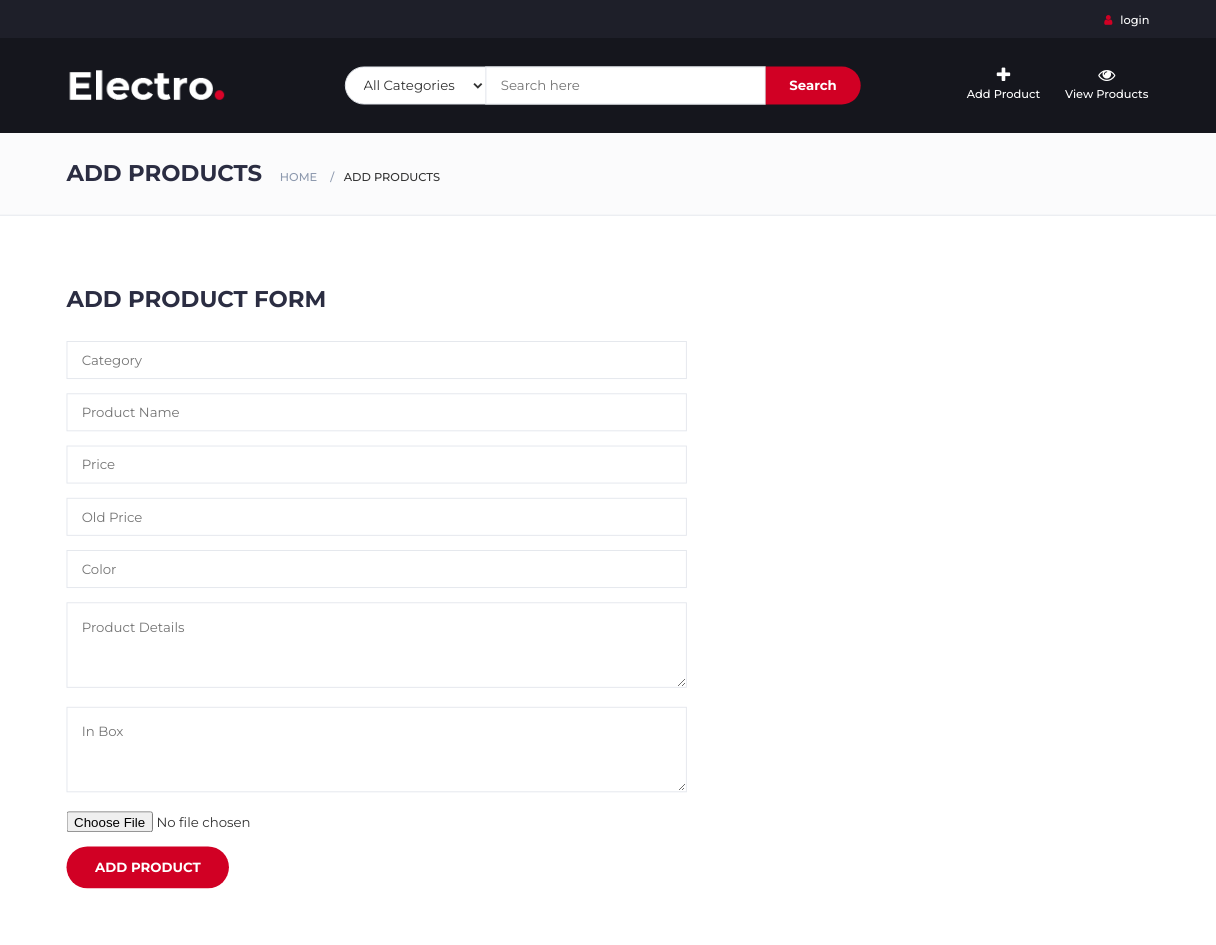
Repository: kinjalsavaliya263/JAVA
Page: http://localhost/electro-master/addproduct.jsp
An editor plug-in stored every save of this project. The page is shown before and after the next save, followed by the edit.
The browser window is 1280 px wide. The pictures show the whole page, at 95% of full size.
The page is served by Tomcat 9. Other server files are loaded and not shown. The template is opened directly, without the code that normally fills it, so the values that code supplies are empty.

Above is the page before, as saved 2023-04-04 15:56:08.

### electro-master/src/main/webapp/addproduct.jsp
<%@ page language="java" contentType="text/html; charset=UTF-8"
	pageEncoding="UTF-8"%>
<%@ include file="sellerheader.jsp"%>
<!DOCTYPE html>
<html>
<head>
<meta charset="UTF-8">
<title>Electro -Ecommerce</title>

</head>
<body>
	<!-- BREADCRUMB -->
	<div id="breadcrumb" class="section">
		<!-- container -->
		<div class="container">
			<!-- row -->
			<div class="row">
				<div class="col-md-12">
					<h3 class="breadcrumb-header">Add Products</h3>
					<ul class="breadcrumb-tree">
						<li><a href="#">Home</a></li>
						<li class="active">Add Products</li>
					</ul>
				</div>
			</div>
			<!-- /row -->
		</div>
		<!-- /container -->
	</div>
	<!-- /BREADCRUMB -->

	<!-- SECTION -->
	<div class="section">
		<!-- container -->
		<div class="container">
			<!-- row -->
			<div class="row">

				<div class="col-md-7">
					<!-- Add Product -->
					<form action="addproduct" method="post"
						enctype="multipart/form-data">
						<div class="billing-details">
							<span class="text-danger">${msg}</span> <span
								class="text-success">${msg1}</span>
							<div class="section-title">
								<h3 class="title">Add Product Form</h3>
							</div>


							<input type="hidden" name="uid" id="uid">

							<div class="form-group">
								<input class="input" type="text" name="category"
									placeholder="Category" id="category">
							</div>
							<div class="form-group">
								<input class="input" type="text" name="pname"
									placeholder="Product Name" id="pname">
							</div>
							<div class="form-group">
								<input class="input" type="number" name="price"
									placeholder="Price" id="price">
							</div>
							<div class="form-group">
								<input class="input" type="number" name="oldprice"
									placeholder="Old Price" id="oldprice">
							</div>
							<div class="form-group">
								<input class="input" type="text" name="color"
									placeholder="Color" id="color">
							</div>

							<div class="form-group">
								<textarea cols="3" class="input" name="details"
									placeholder="Product Details" id="details"></textarea>
							</div>
							<div class="form-group">
								<textarea cols="3" class="input" name="inbox"
									placeholder="In Box" id="inbox"></textarea>
							</div>
							<div class="form-group">
								<input type="file" name="image" placeholder="images">

							</div>

							<div class="form-group">
								<button type="submit" class="primary-btn order-submit">Add
									Product</button>
							</div>

						</div>
					</form>
					<!-- /Add Product -->



				</div>


			</div>
			<!-- /row -->
		</div>
		<!-- /container -->
	</div>
	<!-- /SECTION -->



</body>
</html>

### electro-master/src/main/webapp/sellerheader.jsp

<%@page import="model.User"%>
<%@ page language="java" contentType="text/html; charset=UTF-8"
	pageEncoding="UTF-8"%>
<!DOCTYPE html>
<html>
<head>
<meta charset="UTF-8">
<title>Electro -Ecommerce</title>
<link
	href="https://fonts.googleapis.com/css?family=Montserrat:400,500,700"
	rel="stylesheet">

<!-- Bootstrap -->
<link type="text/css" rel="stylesheet" href="css/bootstrap.min.css" />

<!-- Slick -->
<link type="text/css" rel="stylesheet" href="css/slick.css" />
<link type="text/css" rel="stylesheet" href="css/slick-theme.css" />

<!-- nouislider -->
<link type="text/css" rel="stylesheet" href="css/nouislider.min.css" />

<!-- Font Awesome Icon -->
<link rel="stylesheet" href="css/font-awesome.min.css">

<!-- Custom stlylesheet -->
<link type="text/css" rel="stylesheet" href="css/style.css" />

<!-- HTML5 shim and Respond.js for IE8 support of HTML5 elements and media queries -->
<!-- WARNING: Respond.js doesn't work if you view the page via file:// -->
<!--[if lt IE 9]>
		  <script src="https://oss.maxcdn.com/html5shiv/3.7.3/html5shiv.min.js"></script>
		  <script src="https://oss.maxcdn.com/respond/1.4.2/respond.min.js"></script>
		<![endif]-->
</head>
<body>
	<!-- HEADER -->
	<header>
		<!-- TOP HEADER -->
		<div id="top-header">
			<div class="container">

				<%
				/* String email = (String) session.getAttribute("email"); */
				User us = (User) request.getAttribute("use");
				%>



				<ul class="header-links pull-left">

				</ul>
				<ul class="header-links pull-right">




					<%
					if (us != null) {
					%>

					<li><a href="myprofile?email=<%=us.getEmail()%>"><i
							class="fa fa-user"></i>My Profile</a></li>
					<li><a href="changepass.jsp?email=<%=us.getEmail()%>"><i
							class="fa fa-key"></i>Change Password</a></li>
					<li style="color: white;"><b>Welcome <%=us.getFname()%> <%=us.getLname()%></b></li>
					<li><a href="logout.jsp"><i class="fa fa-user"></i>Logout</a></li>
					<%
					} else {
					%>

					<li><a href="login.jsp"><i class="fa fa-user"></i> login</a></li>
					<%
					}
					%>


				</ul>
			</div>
		</div>
		<!-- /TOP HEADER -->

		<!-- MAIN HEADER -->
		<div id="header">
			<!-- container -->
			<div class="container">
				<!-- row -->
				<div class="row">
					<!-- LOGO -->
					<div class="col-md-3">
						<div class="header-logo">
							<a href="#" class="logo"> <img src="./img/logo.png" alt="">
							</a>
						</div>
					</div>
					<!-- /LOGO -->

					<!-- SEARCH BAR -->
					<div class="col-md-6">
						<div class="header-search">
							<form>
								<select class="input-select">
									<option value="0">All Categories</option>
									<option value="1">Category 01</option>
									<option value="1">Category 02</option>
								</select> <input class="input" placeholder="Search here">
								<button class="search-btn">Search</button>
							</form>
						</div>
					</div>
					<!-- /SEARCH BAR -->

					<!-- ACCOUNT -->
					<div class="col-md-3 clearfix">
						<div class="header-ctn">
							<!-- Add Product -->
							<div>
								<a href="addproduct.jsp"> <i class="fa fa-plus"></i> <span>Add
										Product</span>
								</a>
							</div>
							<!-- /Add Product -->

							<!-- View Product -->
							<div >
								<a href="viewproduct.jsp"> <i class="fa fa-eye"></i> <span>View
										Products</span>
								</a>

							</div>
							<!-- /View Product -->


						</div>
					</div>
					<!-- /ACCOUNT -->
				</div>
				<!-- row -->
			</div>
			<!-- container -->
		</div>
		<!-- /MAIN HEADER -->
	</header>
	<!-- /HEADER -->


</body>
</html>

Loaded but not shown: electro-master/src/main/webapp/css/bootstrap.min.css (library); electro-master/src/main/webapp/css/slick.css (common file); electro-master/src/main/webapp/css/slick-theme.css (library); electro-master/src/main/webapp/css/nouislider.min.css (library); electro-master/src/main/webapp/css/font-awesome.min.css (library); electro-master/src/main/webapp/css/style.css (2191 lines, source omitted)

After the next save:
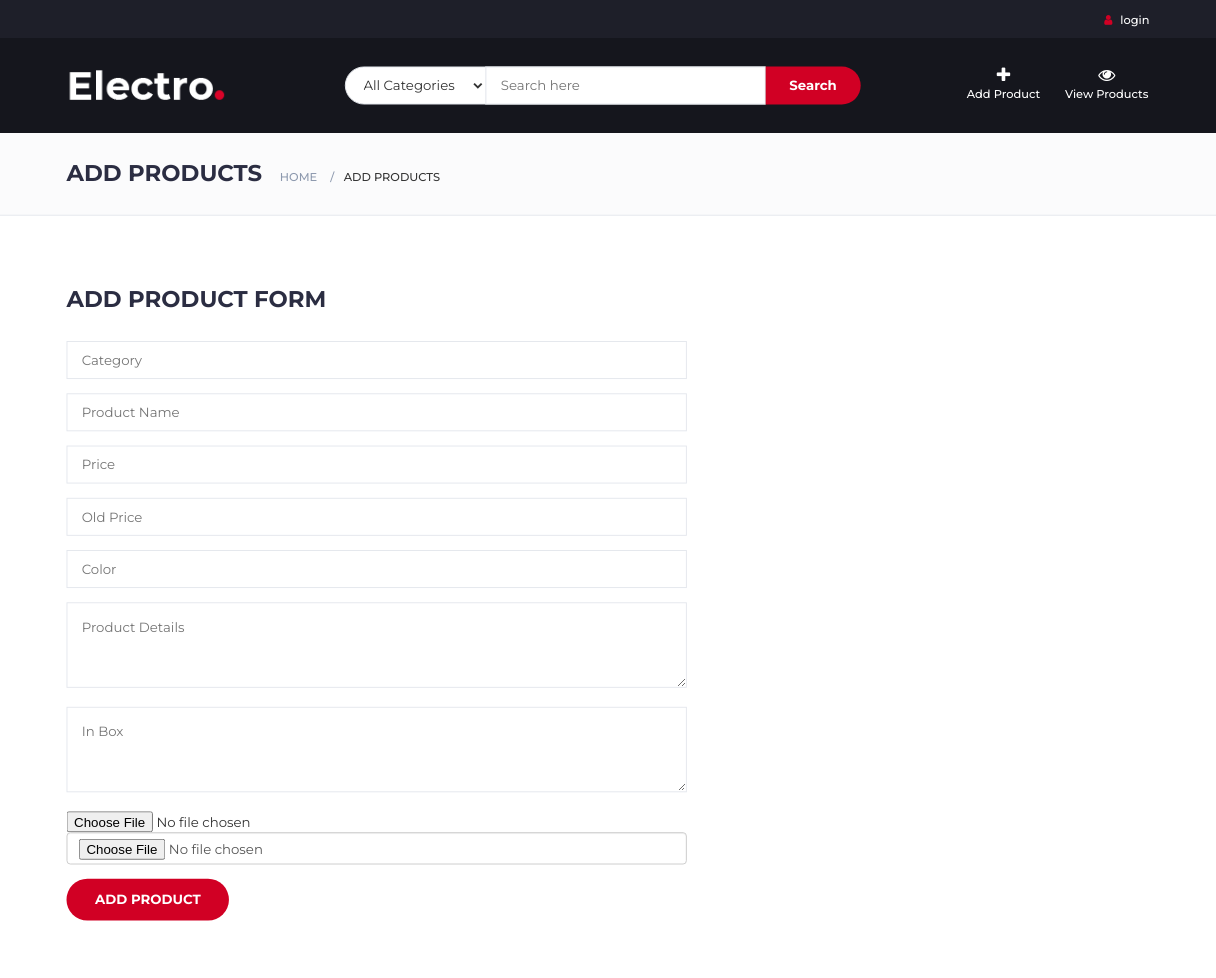
Saved 8 s later.
--- a/electro-master/src/main/webapp/addproduct.jsp
+++ b/electro-master/src/main/webapp/addproduct.jsp
@@ -81,7 +81,7 @@
 							</div>
 							<div class="form-group">
 								<input type="file" name="image" placeholder="images">
-
+								 <input class="form-control" type="file" id="formFile">
 							</div>
 
 							<div class="form-group">
